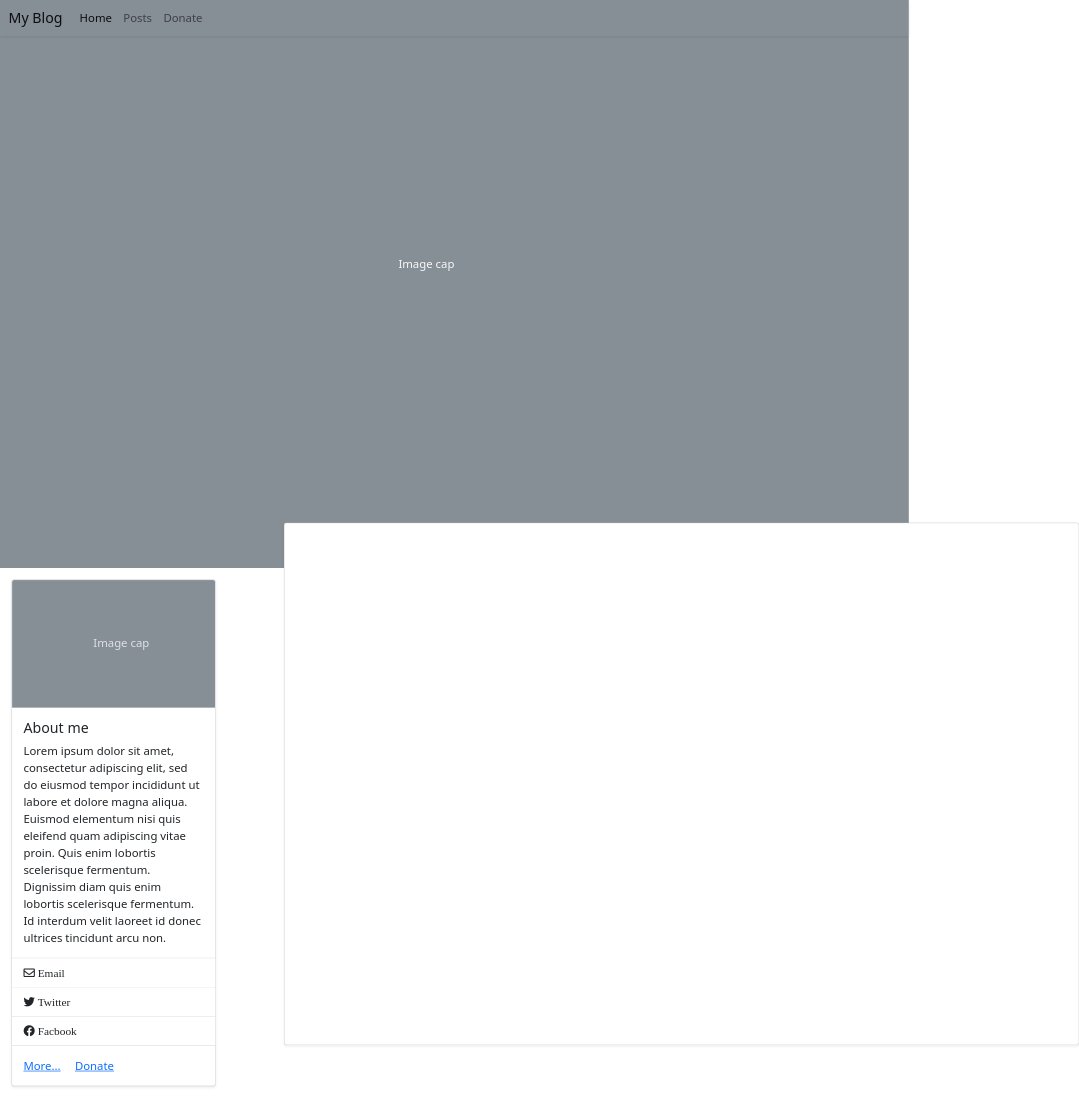
Repository: LublubXT/Azi-Tec-Team
Page: views/templates/blogs/personalblog/home.html
An editor plug-in stored every save of this project. The page is shown before and after the next save, followed by the edit.
The browser window is 1280 px wide. The page is 1520 px wide, so the pictures cover 1520 px, including what lies to the right of the window. The pictures show the whole page, at 71% of full size.

Above is the page before, as saved 2021-03-11 08:18:34.

### views/templates/blogs/personalblog/home.html
<!DOCTYPE html>
<html lang="en">

    <head>
        <meta charset="UTF-8">
        <meta http-equiv="X-UA-Compatible" content="IE=edge">
        <meta name="viewport" content="width=device-width, initial-scale=1.0">

        <!-- import style sheet file -->
        <link rel="stylesheet" href="css/style.css">
        <link rel="stylesheet" href="css/bootstrap.min.css">
        <link rel="stylesheet" href="fontawesome/css/all.css">


        <title>My Blog</title>
    </head>

    <body>
        <div class="header imgDiv">
            <nav class="navbar navbar-expand-lg navbar-light fixed-top shadow-sm"
                style="background-color: transparent;">
                <div class="container-fluid">
                    <a class="navbar-brand" href="#">My Blog</a>
                    <button class="navbar-toggler" type="button" data-bs-toggle="collapse"
                        data-bs-target="#navbarNavAltMarkup" aria-controls="navbarNavAltMarkup" aria-expanded="false"
                        aria-label="Toggle navigation">
                        <span class="navbar-toggler-icon"></span>
                    </button>
                    <div class="collapse navbar-collapse float-end" id="navbarNavAltMarkup">
                        <div class="navbar-nav float-end">
                            <a class="nav-link active" aria-current="page" href="#">Home</a>
                            <a class="nav-link" href="#">Posts</a>
                            <a class="nav-link" href="#">Donate</a>
                        </div>
                    </div>
                </div>
            </nav>
            <p class="card-text position-absolute top-50 end-50 text-light">Image
                cap</p>
        </div>

        <div>

            <div class="card mx-3 my-3 shadow-sm" style="width: 18rem;">
                <svg class="bd-placeholder-img card-img-top" width="100%" height="180"
                    xmlns="http://www.w3.org/2000/svg" role="img" aria-label="Placeholder: Image cap"
                    preserveAspectRatio="xMidYMid slice" focusable="false">
                    <title>Placeholder</title>
                    <rect width="100%" height="100%" fill="#868e96"></rect><text x="40%" y="50%" fill="#dee2e6"
                        dy=".3em">Image
                        cap</text>
                </svg>
                <div class="card-body">
                    <h5 class="card-title">About me</h5>
                    <p class="card-text">Lorem ipsum dolor sit amet, consectetur adipiscing elit, sed do eiusmod tempor
                        incididunt ut labore et dolore magna
                        aliqua. Euismod elementum nisi quis eleifend quam adipiscing vitae proin. Quis enim lobortis
                        scelerisque fermentum.
                        Dignissim diam quis enim lobortis scelerisque fermentum. Id interdum velit laoreet id donec
                        ultrices tincidunt arcu non.</p>
                </div>
                <ul class="list-group list-group-flush">
                    <li class="list-group-item"><i class="far fa-envelope"> Email</i></li>
                    <li class="list-group-item"><i class="fab fa-twitter"> Twitter</i></li>
                    <li class="list-group-item"><i class="fab fa-facebook"> Facbook</i></li>
                </ul>
                <div class="card-body">
                    <a href="#" class="card-link">More...</a>
                    <a href="#" class="card-link">Donate</a>
                </div>
            </div>
            <div class="card mx-3 my-3 float-end shadow-sm position-absolute top-100"
                style="width: 70rem; height: 46rem; left: 24rem;">

            </div>
        </div>

    </body>

</html>

### views/templates/blogs/personalblog/css/style.css
body {
    margin: 0px;
    padding: 0px;
}

.header {
    max-width: 100%;
    height: 50rem;
}

.imgDiv {
    background-color: #868e96;
}


.navbar {
    background-color: transparent;
    max-width: 100%;
    height: 50px;
    color: white;
    z-index: 3;
    position: sticky;
    top: 0px;
    left: 0px;
}

.mainlink {
    color: white;
    font-family: 'Courier New', Courier, monospace;
    font-weight: bolder;
    background: transparent;
    font-size: xx-large;
    text-decoration: none;
    float: left;
    margin: 10px;
}

.link {
    color: white;
    font-family: 'Courier New', Courier, monospace;
    font-weight: bolder;
    background: transparent;
    font-size: large;
    float: right;
    margin: 10px;
    margin-left: 10px;
    text-decoration: none;
}

Loaded but not shown: views/templates/blogs/personalblog/css/bootstrap.min.css (library); views/templates/blogs/personalblog/fontawesome/css/all.css (library)

After the next save:
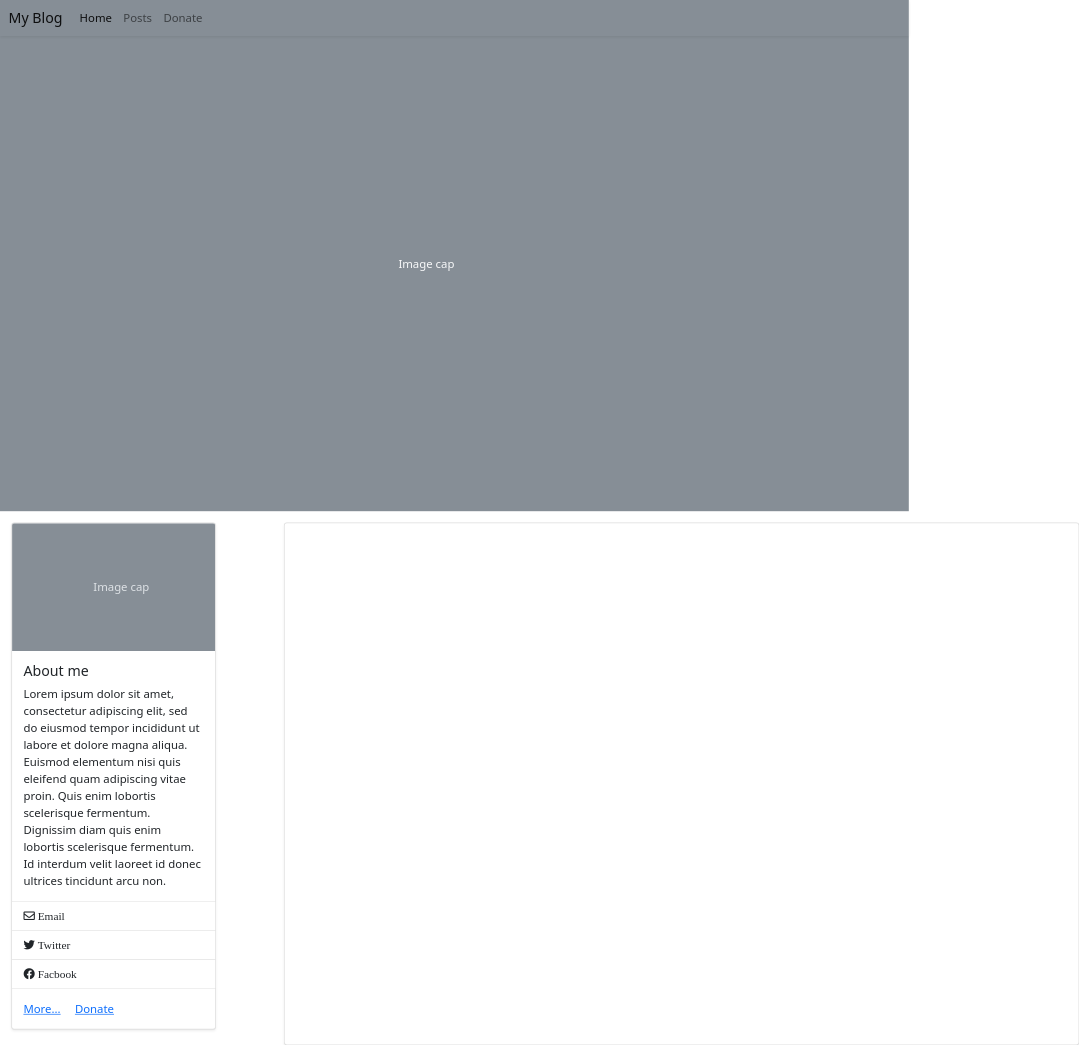
Saved 13 s later.
--- a/views/templates/blogs/personalblog/css/style.css
+++ b/views/templates/blogs/personalblog/css/style.css
@@ -5,7 +5,7 @@ body {
 
 .header {
     max-width: 100%;
-    height: 50rem;
+    height: 45rem;
 }
 
 .imgDiv {
